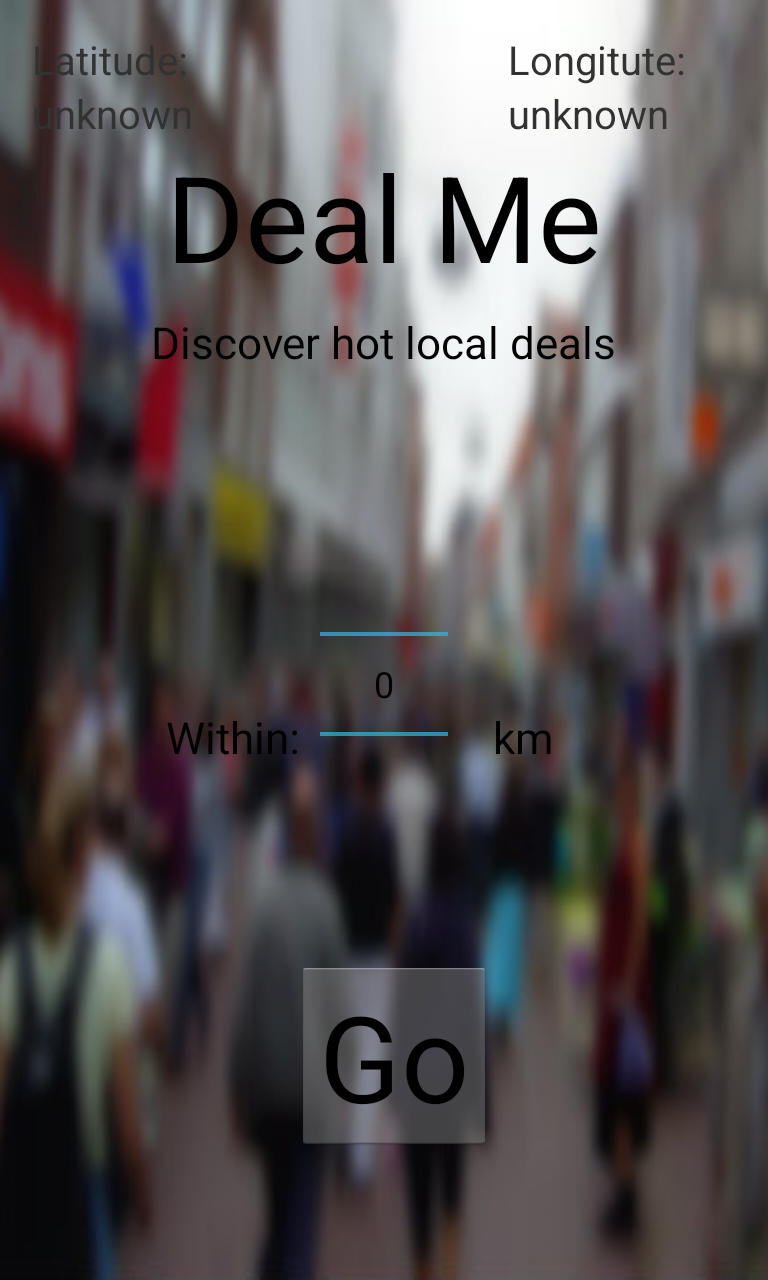
Repository: vmathur/mchacks
Layout: mobile/DealMe/res/layout/activity_main.xml
An editor plug-in stored every save of this project. The layout is shown before and after the next save, followed by the edit.
It is drawn on a 768 x 1280 px phone screen (xhdpi) without system bars, with theme AppTheme; the app's code is not run.

Above is the layout before, as saved 2014-02-23 05:56:54.

### mobile/DealMe/res/layout/activity_main.xml
<RelativeLayout xmlns:android="http://schemas.android.com/apk/res/android"
    xmlns:tools="http://schemas.android.com/tools"
    android:layout_width="match_parent"
    android:layout_height="match_parent"
    android:background="@drawable/bg"
    android:paddingBottom="@dimen/activity_vertical_margin"
    android:paddingLeft="@dimen/activity_horizontal_margin"
    android:paddingRight="@dimen/activity_horizontal_margin"
    android:paddingTop="@dimen/activity_vertical_margin"
    tools:context=".Main" >

    <TextView
        android:id="@+id/textView1"
        android:layout_width="wrap_content"
        android:layout_height="wrap_content"
        android:layout_alignParentTop="true"
        android:layout_centerHorizontal="true"
        android:layout_marginTop="140dp"
        android:text="Discover hot local deals"
        android:textAppearance="?android:attr/textAppearanceLarge" />

    <TextView
        android:id="@+id/TextView01"
        android:layout_width="wrap_content"
        android:layout_height="wrap_content"
        android:layout_alignBottom="@+id/numberPicker1"
        android:layout_alignLeft="@+id/textView1"
        android:layout_marginBottom="49dp"
        android:text="Within: "
        android:textAppearance="?android:attr/textAppearanceLarge" />

    <TextView
        android:id="@+id/TextView02"
        android:layout_width="wrap_content"
        android:layout_height="wrap_content"
        android:layout_alignBaseline="@+id/TextView01"
        android:layout_alignBottom="@+id/TextView01"
        android:layout_alignRight="@+id/textView1"
        android:layout_marginRight="24dp"
        android:text="km"
        android:textAppearance="?android:attr/textAppearanceLarge" />

    <TextView
        android:id="@+id/textView1"
        android:layout_width="wrap_content"
        android:layout_height="wrap_content"
        android:layout_alignParentTop="true"
        android:layout_centerHorizontal="true"
        android:layout_marginTop="52dp"
        android:text="Deal Me"
        android:textAppearance="?android:attr/textAppearanceLarge"
        android:textSize="60dp" />

    <NumberPicker
        android:id="@+id/numberPicker1"
        android:layout_width="wrap_content"
        android:layout_height="wrap_content"
        android:layout_above="@+id/getdeals"
        android:layout_centerHorizontal="true"
        android:layout_marginBottom="48dp" />

    <Button
        android:id="@+id/getdeals"
        android:layout_width="wrap_content"
        android:layout_height="wrap_content"
        android:layout_alignParentBottom="true"
        android:layout_marginBottom="48dp"
        android:layout_toLeftOf="@+id/TextView02"
        android:text="Go"
        android:textSize="60dp" />

    <TextView
        android:id="@+id/TextView04"
        android:layout_width="wrap_content"
        android:layout_height="wrap_content"
        android:layout_alignParentLeft="true"
        android:layout_alignParentTop="true"
        android:text="Latitude: "
        android:textSize="20dip" />

    <TextView
        android:id="@+id/TextView03"
        android:layout_width="wrap_content"
        android:layout_height="wrap_content"
        android:layout_alignParentLeft="true"
        android:layout_below="@+id/TextView04"
        android:text="unknown"
        android:textSize="20dip" />

    <TextView
        android:id="@+id/TextView05"
        android:layout_width="wrap_content"
        android:layout_height="wrap_content"
        android:layout_alignLeft="@+id/TextView06"
        android:layout_below="@+id/TextView06"
        android:text="unknown"
        android:textSize="20dip" />

    <TextView
        android:id="@+id/TextView06"
        android:layout_width="wrap_content"
        android:layout_height="wrap_content"
        android:layout_alignBaseline="@+id/TextView04"
        android:layout_alignBottom="@+id/TextView04"
        android:layout_alignParentRight="true"
        android:layout_marginRight="20dp"
        android:text="Longitute: "
        android:textSize="20dip" />

</RelativeLayout>

Loaded but not shown: mobile/DealMe/res/values/styles.xml (common file); mobile/DealMe/res/values-v11/styles.xml (common file); mobile/DealMe/res/values-v14/styles.xml (common file); mobile/DealMe/res/values/dimens.xml (common file)

After the next save:
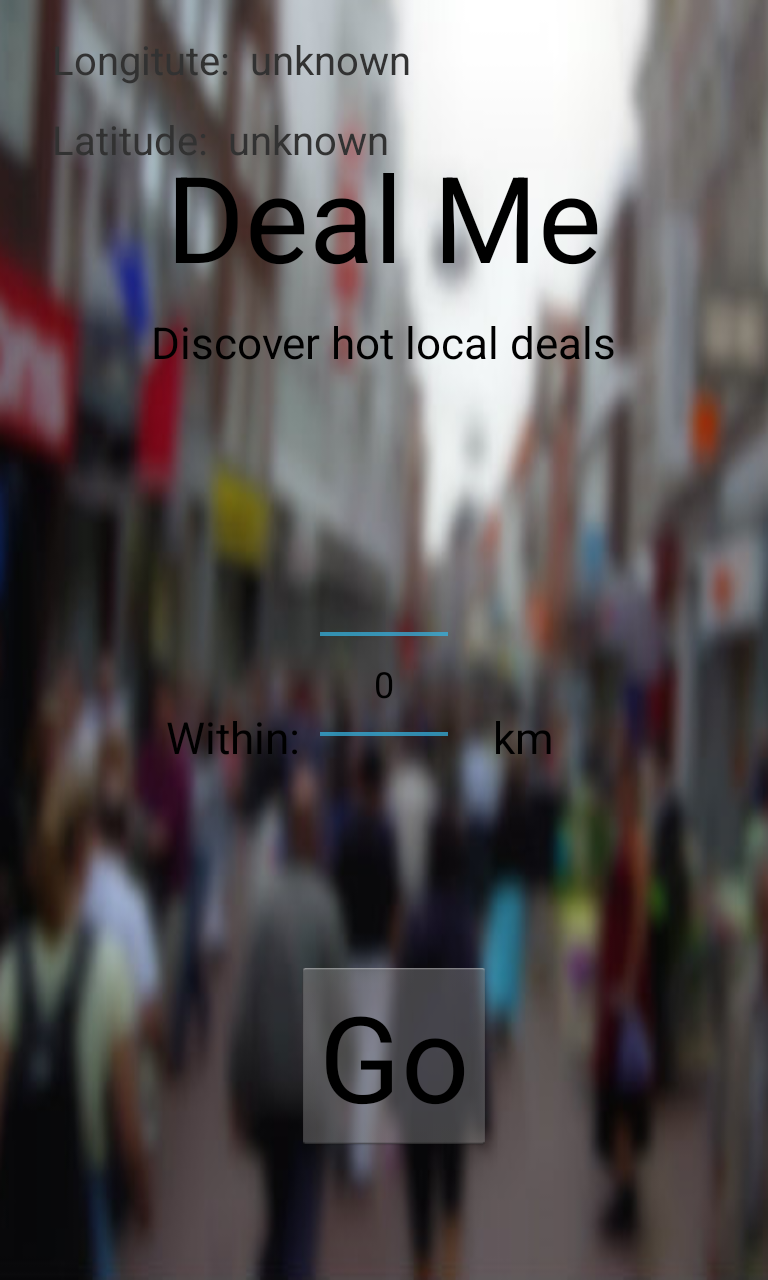
Saved 7 min 5 s later.
--- a/mobile/DealMe/res/layout/activity_main.xml
+++ b/mobile/DealMe/res/layout/activity_main.xml
@@ -69,42 +69,55 @@
         android:text="Go"
         android:textSize="60dp" />
 
-    <TextView
-        android:id="@+id/TextView04"
-        android:layout_width="wrap_content"
+    <LinearLayout
+        android:id="@+id/linearLayout1"
+        android:layout_width="match_parent"
         android:layout_height="wrap_content"
-        android:layout_alignParentLeft="true"
-        android:layout_alignParentTop="true"
-        android:text="Latitude: "
-        android:textSize="20dip" />
+        android:layout_marginTop="40dip"
+        android:orientation="horizontal" >
 
-    <TextView
-        android:id="@+id/TextView03"
-        android:layout_width="wrap_content"
-        android:layout_height="wrap_content"
-        android:layout_alignParentLeft="true"
-        android:layout_below="@+id/TextView04"
-        android:text="unknown"
-        android:textSize="20dip" />
+        <TextView
+            android:id="@+id/TextView01"
+            android:layout_width="wrap_content"
+            android:layout_height="wrap_content"
+            android:layout_marginLeft="10dip"
+            android:layout_marginRight="5dip"
+            android:text="Latitude: "
+            android:textSize="20dip" >
+        </TextView>
 
-    <TextView
-        android:id="@+id/TextView05"
-        android:layout_width="wrap_content"
-        android:layout_height="wrap_content"
-        android:layout_alignLeft="@+id/TextView06"
-        android:layout_below="@+id/TextView06"
-        android:text="unknown"
-        android:textSize="20dip" />
+        <TextView
+            android:id="@+id/TextView02"
+            android:layout_width="wrap_content"
+            android:layout_height="wrap_content"
+            android:text="unknown"
+            android:textSize="20dip" >
+        </TextView>
+    </LinearLayout>
 
-    <TextView
-        android:id="@+id/TextView06"
-        android:layout_width="wrap_content"
-        android:layout_height="wrap_content"
-        android:layout_alignBaseline="@+id/TextView04"
-        android:layout_alignBottom="@+id/TextView04"
-        android:layout_alignParentRight="true"
-        android:layout_marginRight="20dp"
-        android:text="Longitute: "
-        android:textSize="20dip" />
+    <LinearLayout
+        android:id="@+id/linearLayout2"
+        android:layout_width="match_parent"
+        android:layout_height="wrap_content" >
+
+        <TextView
+            android:id="@+id/TextView03"
+            android:layout_width="wrap_content"
+            android:layout_height="wrap_content"
+            android:layout_marginLeft="10dip"
+            android:layout_marginRight="5dip"
+            android:text="Longitute: "
+            android:textSize="20dip" >
+        </TextView>
+
+        <TextView
+            android:id="@+id/TextView04"
+            android:layout_width="wrap_content"
+            android:layout_height="wrap_content"
+            android:text="unknown"
+            android:textSize="20dip" >
+        </TextView>
+    </LinearLayout>
+
 
 </RelativeLayout>
